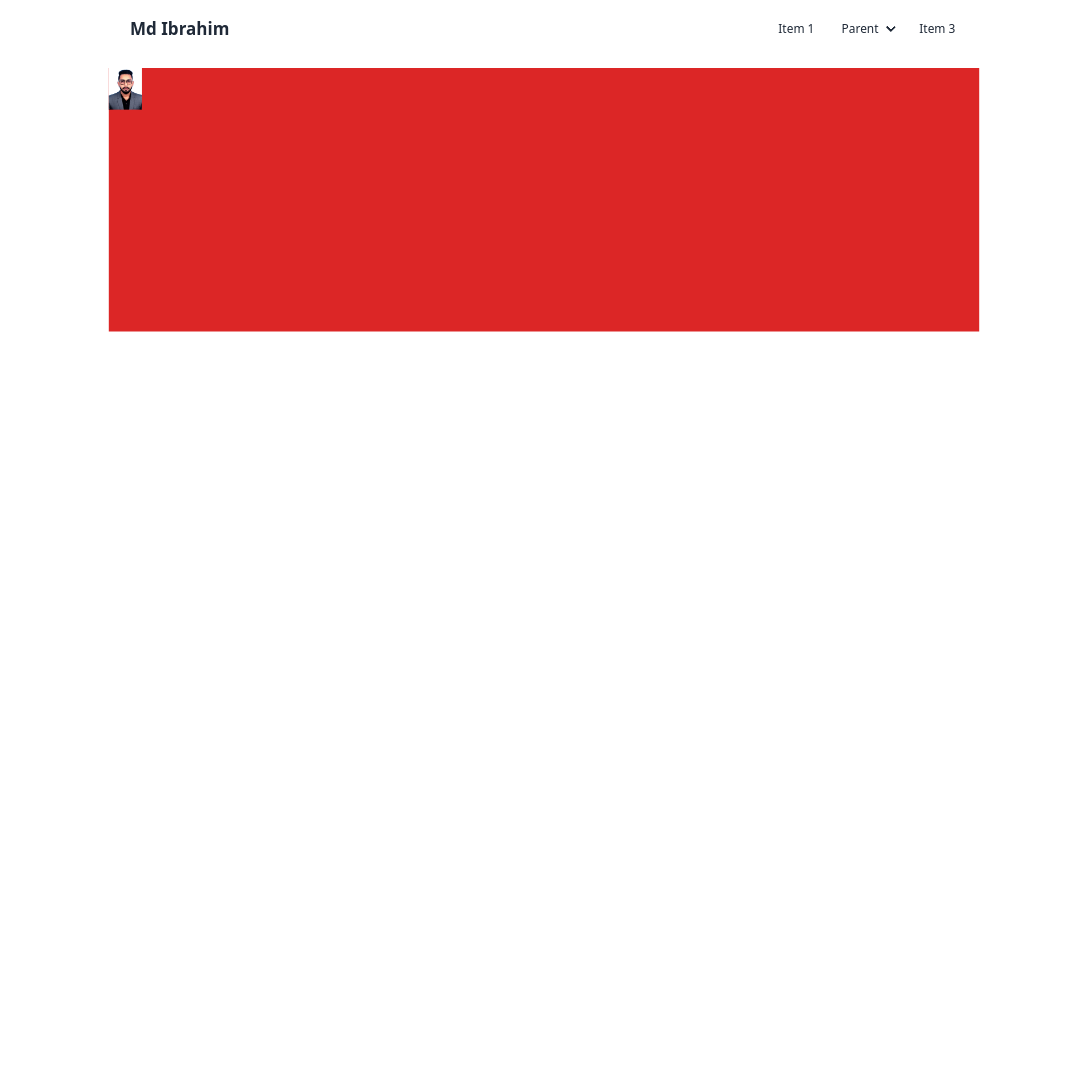
Repository: mdrubel02/portfilo
Page: /
These files come from the project's save history. The page is drawn as it stood at one moment and after the next save; the edit follows.
The browser window is 1280 px wide. The pictures show the whole page, at 85% of full size.
The project was rebuilt for these pictures with package versions that can differ from the ones it lists, and the page was loaded fresh each time. Also part of the build but not shown: vite.config.js.

Above is the page before, as saved 2023-06-22 20:08:21.

After the next save:
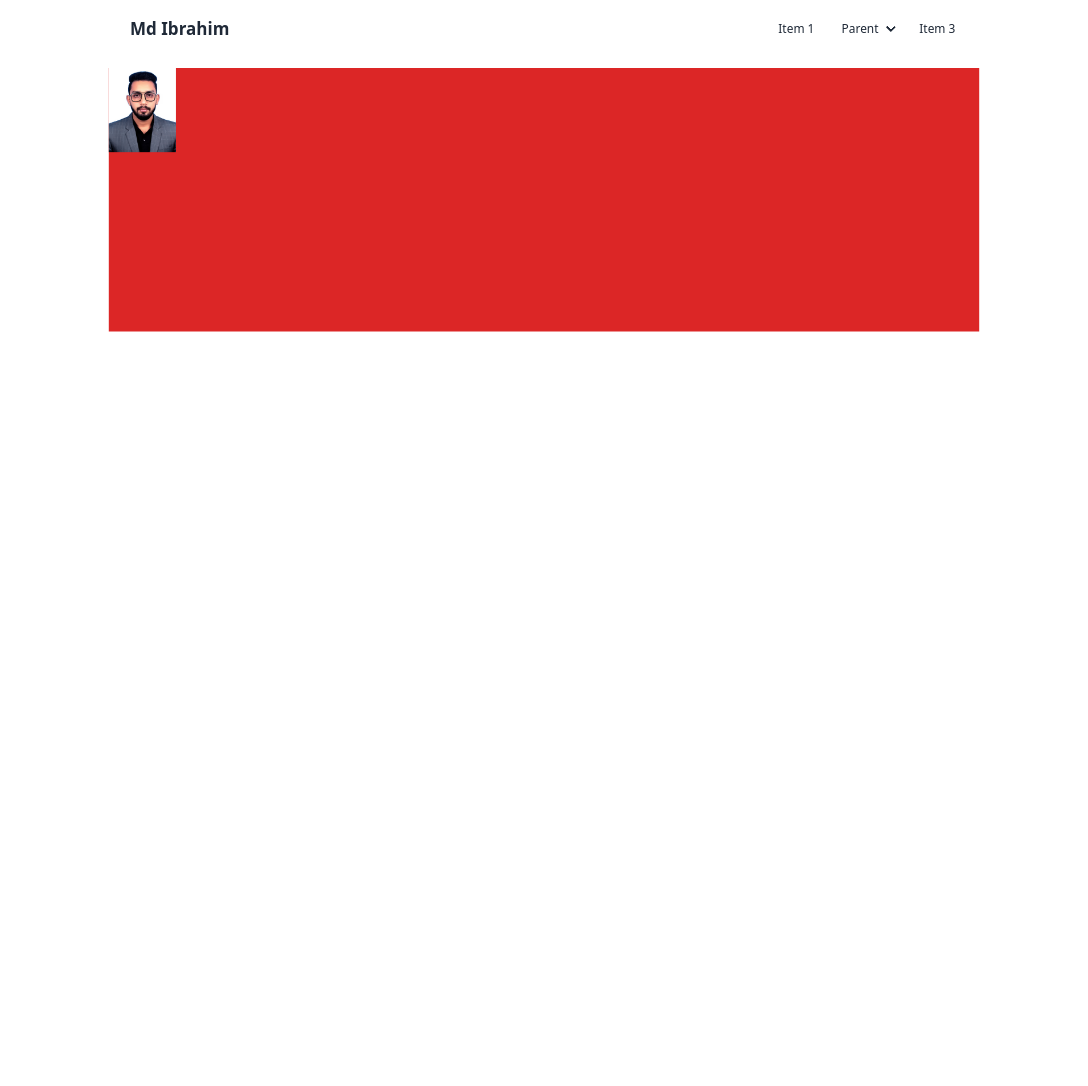
Saved 18 s later.
--- a/src/Pages/Home/Home.jsx
+++ b/src/Pages/Home/Home.jsx
@@ -7,7 +7,7 @@ const Home = () => {
             <div className='h-[310px] bg-red-600'>
                 <div className='grid grid-rows-2 grid-flow-col gap-4'>
                     <div className=''>
-                        <div className='relative h-3/6'>
+                        <div className='relative h-full'>
                         <img className='h-1/6 ' src={profile} alt="profile" />
                         </div>
                     </div>
